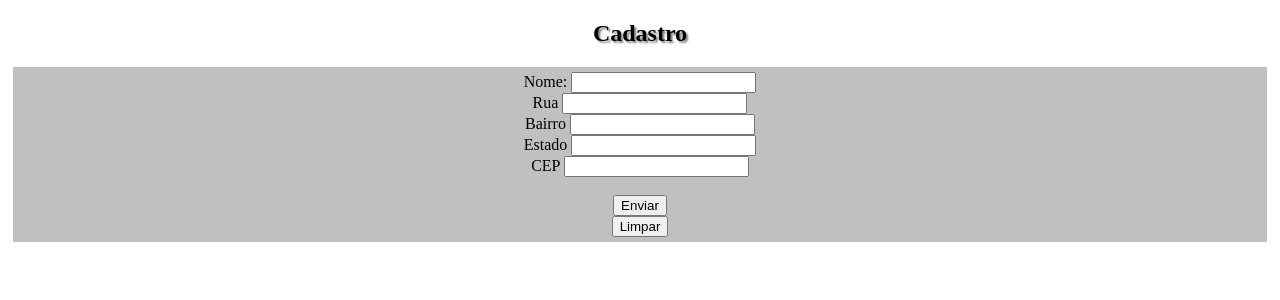
Repository: ViniciusyLima/SpringToolSuite4
Page: http://localhost/aula05/Cadastro.jsp
An editor plug-in stored every save of this project. The page is shown before and after the next save, followed by the edit.
The browser window is 1280 px wide. The pictures show the whole page.
The page is served by Tomcat 9.

Above is the page before, as saved 2023-09-06 12:28:07.

After the next save:
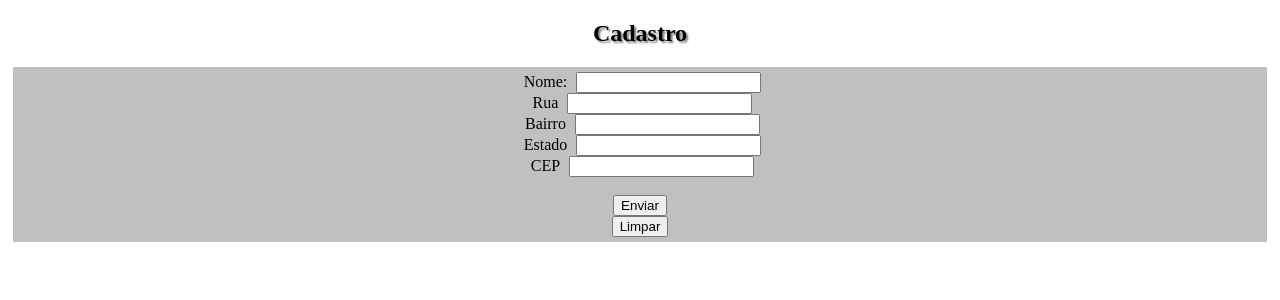
Saved 3 min 42 s later.
--- a/aula05/src/main/webapp/Style.css
+++ b/aula05/src/main/webapp/Style.css
@@ -14,3 +14,7 @@ h2 {
 	text-align: center;
 	text-shadow: 2px 2px 2px rgb(128, 128, 128);
 }
+
+label {
+	padding: 5px;
+}
